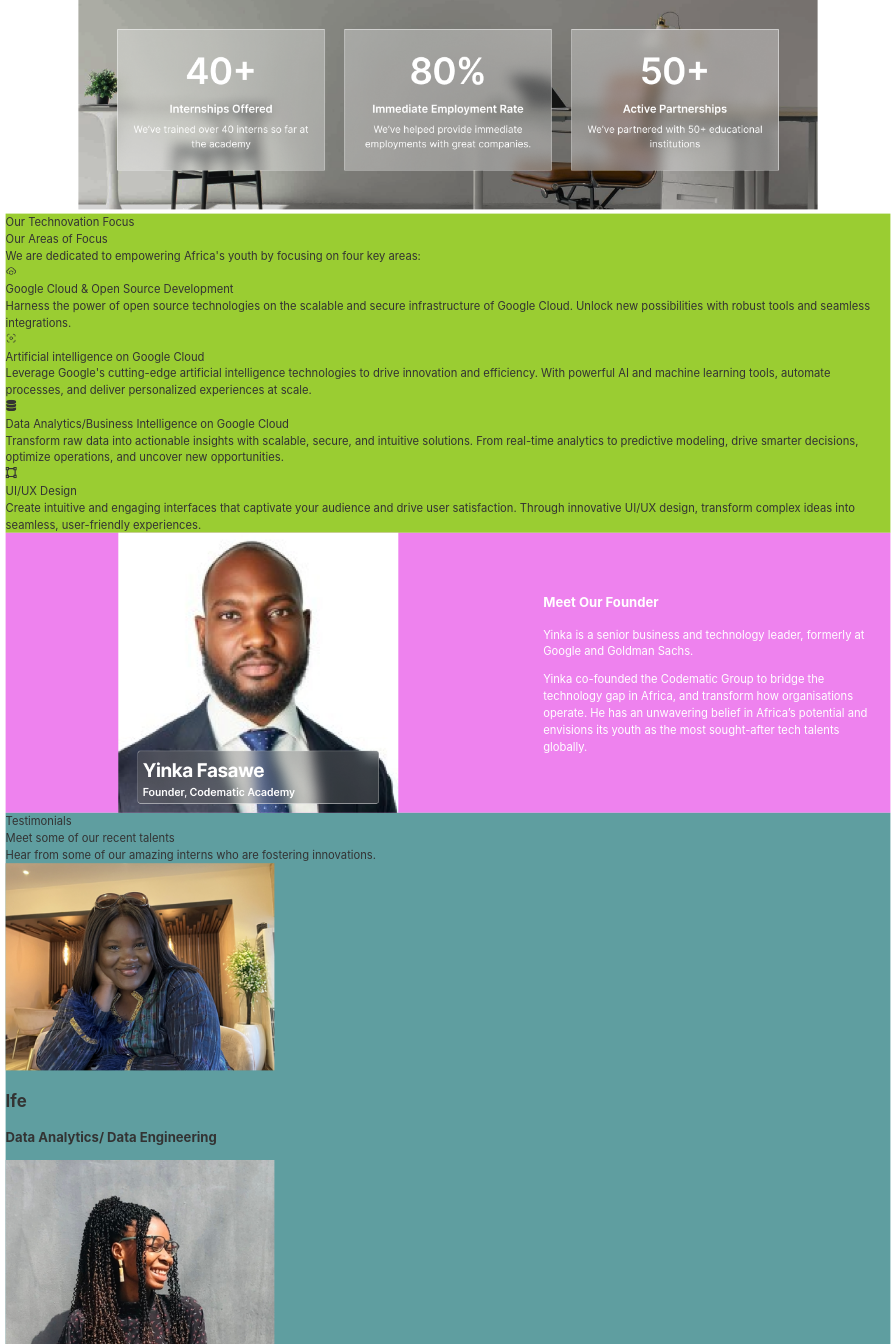
Repository: Gabriel221-dev/Codematic-page
Page: /
An editor plug-in stored every save of this project. The page is shown before and after the next save, followed by the edit.
The browser window is 1280 px wide. The pictures show the part of the page from y = 1903 to 3823 px (the page is 4712 px tall), at 70% of full size.
The project was rebuilt for these pictures with package versions that can differ from the ones it lists, and the page was loaded fresh each time. Also part of the build but not shown: vite.config.js.

Above is the page before, as saved 2024-07-25 12:02:14.

After the next save:
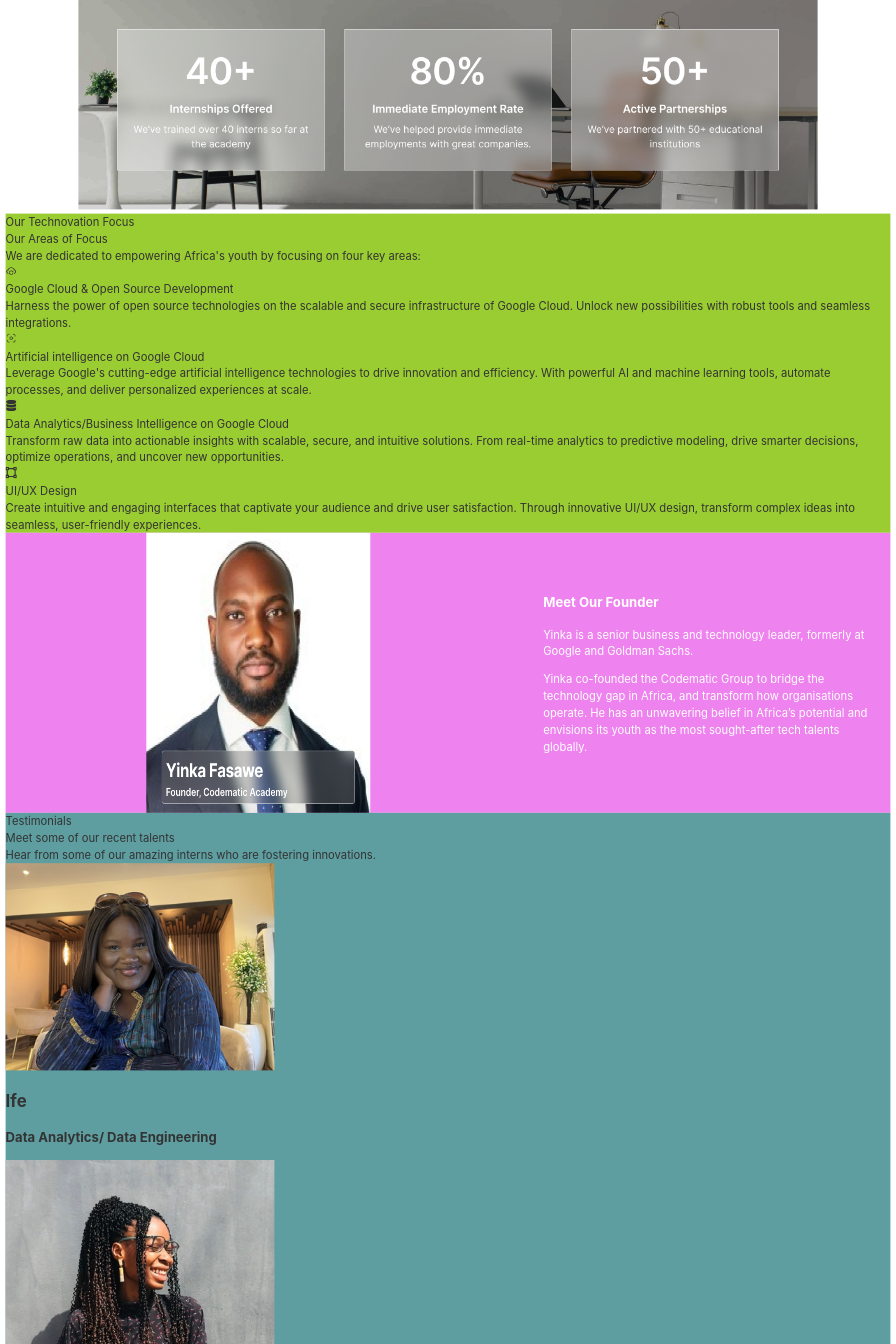
Saved 13 s later.
--- a/src/pages/Home.css
+++ b/src/pages/Home.css
@@ -218,7 +218,7 @@
     align-items: center;
     text-align: left;
     height: 25rem;
-    width: 25rem;
+    width: 20rem;
     margin: 0 2.9rem 0 0;
 }
 
